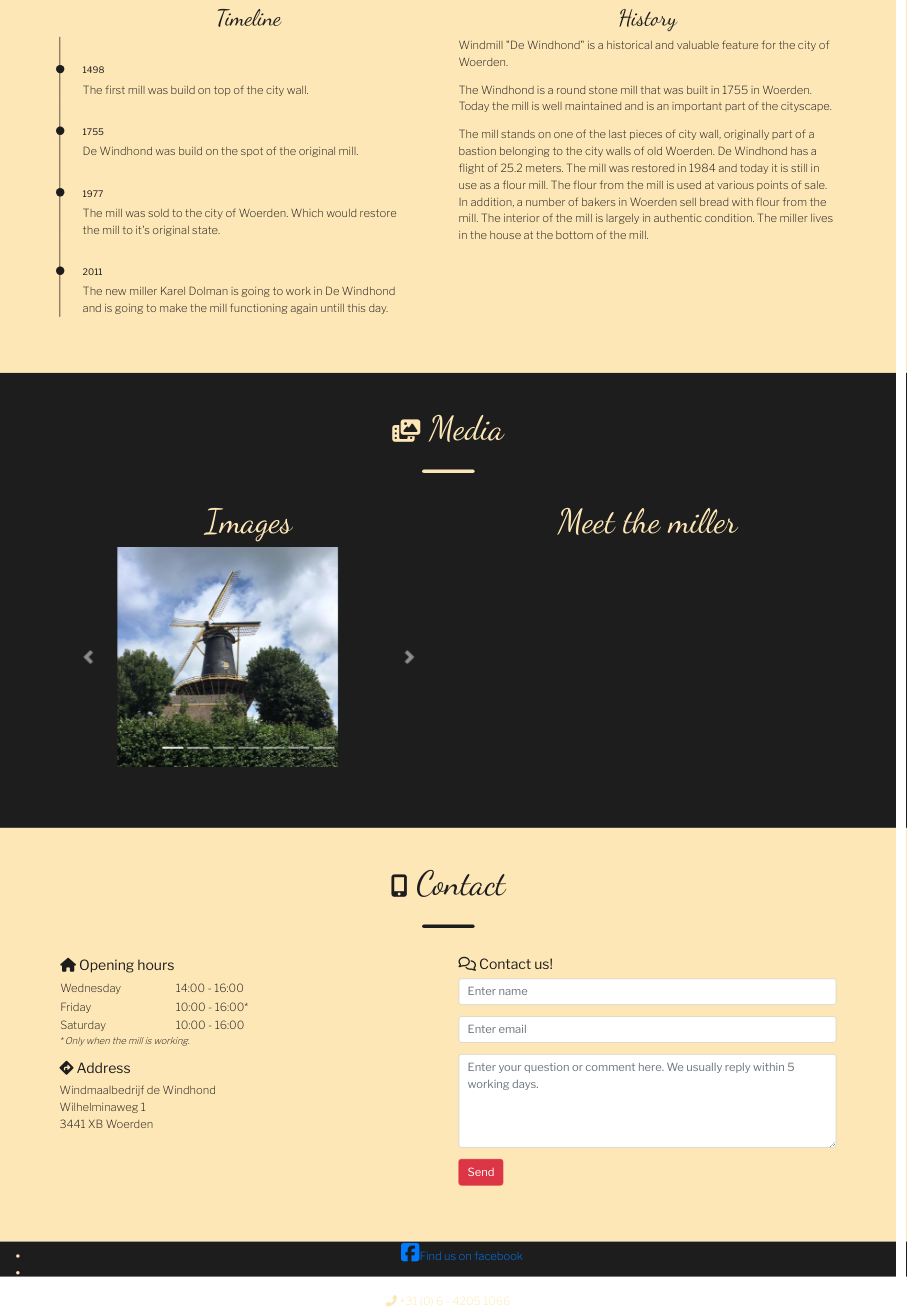
Repository: jdl208/DeWindhond
Page: index.html
The author's editor kept a record of every edit. The page is drawn from the files as they stood at one moment, then again after the next edit.
The browser window is 1280 px wide. The page is 1295 px wide, so the pictures cover 1295 px, including what lies to the right of the window. The pictures show the part of the page from y = 824 to 2704 px (the page is 2695 px tall before and 2704 px after), at 70% of full size.
Pictures or frames that could not be fetched are drawn as grey boxes. Some web libraries are served in a nearby version.

Above is the page before.

### index.html
<!DOCTYPE html>
<html lang="en">

<head>
    <meta charset="UTF-8">
    <meta name="viewport" content="width=device-width, initial-scale=1.0">
    <meta http-equiv="X-UA-Compatible" content="ie=edge">
    <title>Windmill "De Windhond"</title>
    <link rel="stylesheet" href="https://stackpath.bootstrapcdn.com/bootstrap/4.3.1/css/bootstrap.min.css" integrity="sha384-ggOyR0iXCbMQv3Xipma34MD+dH/1fQ784/j6cY/iJTQUOhcWr7x9JvoRxT2MZw1T" crossorigin="anonymous">
    <link href="https://fonts.googleapis.com/css?family=Dancing+Script:400,700&display=swap" rel="stylesheet">
    <link rel="stylesheet" href="assets/css/style.css" type="text/css" />

</head>

<body>

    <!-- Header and Navigation-->

    <header class="jumbotron" id="home">
        <nav class="navbar fixed-top navbar-expand-lg navbar-light">
            <div class="navbar-brand" href="#"></div>
            <button class="navbar-toggler" type="button" data-toggle="collapse" data-target="#navbarTogglerDemo02" aria-controls="navbarTogglerDemo02" aria-expanded="false" aria-label="Toggle navigation">
                <span class="navbar-toggler-icon"></span>
            </button>

            <div class="collapse navbar-collapse" id="navbarTogglerDemo02">
                <ul class="navbar-nav ml-auto mt-2 mt-lg-0">
                    <li class="nav-item ml-auto nav--link">
                        <a class="nav-link" href="#home"><strong>Home</strong><span class="sr-only">(current)</span></a>
                    </li>
                    <li class="nav-item ml-auto nav--link">
                        <a class="nav-link" href="#about"><strong>About</strong></a>
                    </li>
                    <li class="nav-item ml-auto nav--link">
                        <a class="nav-link" href="#media"><strong>Media</strong></a>
                    </li>
                    <li class="nav-item ml-auto nav--link">
                        <a class="nav-link" href="#contact"><strong>Contact</strong></a>
                    </li>
                </ul>
            </div>
        </nav>
        <h1 class="name">"De Windhond"</h1>
    </header>

    <!-- About -->

    <section class="light-bg sectioncontainer" id="about">
        <div class="container about">
            <h2><i class="far fa-list-alt media-icon"></i> About</h2>
            <hr class="block-divider dark-divider">

            <div class="row">
                <div class="col-md-6">
                    <h4>Timeline</h4>
                    <div class="history-items">
                        <div class="timeline-item" data-dates="1498">
                            <p>The first mill was build on top of the city wall.</p>
                        </div>
                        <div class="timeline-item" data-dates="1755">
                            <p>De Windhond was build on the spot of the original mill.</p>
                        </div>
                        <div class="timeline-item" data-dates="1977">
                            <p>The mill was sold to the city of Woerden. Which would restore the mill to it's original state.</p>
                        </div>
                        <div class="timeline-item" data-dates="2011">
                            <p>The new miller Karel Dolman is going to work in De Windhond and is going to make the mill functioning again untill this day.</p>
                        </div>
                    </div>
                </div>
                <div class="col-md-6">
                    <hr class="block-divider dark-divider d-md-none">
                    <h4>History</h4>

                    <p>Windmill "De Windhond" is a historical and valuable feature for the city of Woerden.</P>
                    <p>The Windhond is a round stone mill that was built in 1755 in Woerden. Today the mill is well maintained and is an important part of the cityscape.</p>
                    <p>The mill stands on one of the last pieces of city wall, originally part of a bastion belonging to the city walls of old Woerden. De Windhond has a flight of 25.2 meters. The mill was restored in 1984 and today it is still in use as
                        a flour mill. The flour from the mill is used at various points of sale. In addition, a number of bakers in Woerden sell bread with flour from the mill. The interior of the mill is largely in authentic condition. The miller lives
                        in the house at the bottom of the mill.
                    </p>
                </div>
            </div>
        </div>

    </section>

    <!-- Media section-->

    <section id="media" class="dark-bg mediabox">
        <div class="container sectioncontainer ">
            <H2><i class="fas fa-photo-video media-icon"></i> Media</H2>
            <hr class="block-divider yellow-divider">
            <div class="row">
                <div class="col-md-6 imagebox">
                    <h3>Images</h3>
                    <div id="carouselExampleIndicators" class="carousel slide mediacarroussel" data-ride="carousel">
                        <ol class="carousel-indicators">
                            <li data-target="#carouselExampleIndicators" data-slide-to="0" class="active"></li>
                            <li data-target="#carouselExampleIndicators" data-slide-to="1"></li>
                            <li data-target="#carouselExampleIndicators" data-slide-to="2"></li>
                            <li data-target="#carouselExampleIndicators" data-slide-to="3"></li>
                            <li data-target="#carouselExampleIndicators" data-slide-to="4"></li>
                            <li data-target="#carouselExampleIndicators" data-slide-to="5"></li>
                            <li data-target="#carouselExampleIndicators" data-slide-to="6"></li>
                        </ol>
                        <div class="carousel-inner">
                            <div class="carousel-item active">
                                <img src="assets/images/img1.jpg" class="d-block" alt="...">
                            </div>
                            <div class="carousel-item">
                                <img src="assets/images/img2.jpg" class="d-block" alt="...">
                            </div>
                            <div class="carousel-item">
                                <img src="assets/images/img3.jpg" class="d-block" alt="...">
                            </div>
                            <div class="carousel-item">
                                <img src="assets/images/img4.jpg" class="d-block" alt="...">
                            </div>
                            <div class="carousel-item">
                                <img src="assets/images/img5.jpg" class="d-block" alt="...">
                            </div>
                            <div class="carousel-item">
                                <img src="assets/images/img6.jpg" class="d-block" alt="...">
                            </div>
                            <div class="carousel-item">
                                <img src="assets/images/img7.jpg" class="d-block" alt="...">
                            </div>
                        </div>
                        <a class="carousel-control-prev" href="#carouselExampleIndicators" role="button" data-slide="prev">
                        <span class="carousel-control-prev-icon" aria-hidden="true"></span>
                        <span class="sr-only">Previous</span>
                    </a>
                        <a class="carousel-control-next" href="#carouselExampleIndicators" role="button" data-slide="next">
                        <span class="carousel-control-next-icon" aria-hidden="true"></span>
                        <span class="sr-only">Next</span>
                    </a>
                    </div>
                </div>
                <div class="col-md-6">
                    <hr class="block-divider yellow-divider d-md-none">
                    <h3>Meet the miller</h3>
                    <iframe width="100%" height="315" src="https://www.youtube.com/embed/lAjF5r5rAqM" frameborder="0" allow="accelerometer; autoplay; encrypted-media; gyroscope; picture-in-picture" allowfullscreen></iframe>
                </div>
            </div>
        </div>
    </section>

    <!-- Contact-->

    <section id="contact" class="sectioncontainer light-bg">
        <div class="container">
            <h2><i class="fas fa-mobile-alt media-icon"></i> Contact</h2>
            <hr class="block-divider dark-divider">
            <div class="row">
                <div class="col-md-6 contact_visiting">
                    <table>
                        <th>
                            <h5><i class="fas fa-home"></i> Opening hours</h5>
                        </th>
                        <tr>
                            <td>Wednesday</td>
                            <td>14:00 - 16:00</td>
                        </tr>
                        <tr>
                            <td>Friday</td>
                            <td>10:00 - 16:00*</td>
                        </tr>
                        <tr>
                            <td>Saturday</td>
                            <td>10:00 - 16:00</td>
                        </tr>

                    </table>
                    <p class="footnote_opening">* Only when the mill is working.</p>
                    <h5 class=""> </h5>
                    <h5><i class="fas fa-directions"></i> Address</h5>
                    <p>Windmaalbedrijf de Windhond<br> Wilhelminaweg 1<br> 3441 XB Woerden
                    </p>

                </div>

                <div class="col-md-6">
                    <h5><i class="far fa-comments"></i> Contact us!</h5>
                    <div class="form-group">
                        <input type="text" class="form-control" placeholder="Enter name" required>
                    </div>
                    <div class="form-group">
                        <input type="email" class="form-control" placeholder="Enter email" required>
                    </div>
                    <div class="form-group">
                        <textarea class="form-control" rows="5" Placeholder="Enter your question or comment here. We usually reply within 5 working days." required></textarea>
                    </div>
                    <button type="submit" class="btn btn-primary btn-danger">Send</button>
                    </form>
                </div>
            </div>

    </section>

    <footer class="dark-bg">
        <div class="row footer">
            <div class="col-12">
                <ul>
                    <li><a href="https://www.facebook.com/windmaalbedrijfdewindhond?pnref=story"><i class="fab fa-facebook-square"></i>Find us on facebook</a></li>
                    <li></li>
                </ul>
                <span><i class="fas fa-phone-alt"></i> +31 (0) 6 - 4205 1066</span>
            </div>
        </div>
    </footer>

    <script src="https://code.jquery.com/jquery-3.3.1.slim.min.js" integrity="sha384-q8i/X+965DzO0rT7abK41JStQIAqVgRVzpbzo5smXKp4YfRvH+8abtTE1Pi6jizo" crossorigin="anonymous"></script>
    <script src="https://cdnjs.cloudflare.com/ajax/libs/popper.js/1.14.7/umd/popper.min.js" integrity="sha384-UO2eT0CpHqdSJQ6hJty5KVphtPhzWj9WO1clHTMGa3JDZwrnQq4sF86dIHNDz0W1" crossorigin="anonymous"></script>
    <script src="https://stackpath.bootstrapcdn.com/bootstrap/4.3.1/js/bootstrap.min.js" integrity="sha384-JjSmVgyd0p3pXB1rRibZUAYoIIy6OrQ6VrjIEaFf/nJGzIxFDsf4x0xIM+B07jRM" crossorigin="anonymous"></script>
    <script src="https://kit.fontawesome.com/70761e8d6e.js"></script>

</body>

</html>

### assets/css/style.css
@import url('https://fonts.googleapis.com/css?family=Dancing+Script:400,700|Libre+Franklin:200,300,400&display=swap');

body {
    font-family: "Libre Franklin";
    font-weight: 200;
}

.sectioncontainer {
    padding-top: 50px;
    padding-bottom: 80px;
}

a,
a:hover {
    text-decoration: none;
}

/* ---------------------------------------------- Colors */

.dark-bg {
    color: #fee7b6;
    background-color: rgba(29, 29, 29, 1);
}

.light-bg {
    background-color: #fee7b6;
    color: rgb(29, 29, 29);
}

.block-divider {
    width: 75px;
    height: 5px;
    border: 0;
    border-radius: 15px;
    margin-top: 30px;
    margin-bottom: 40px;
}

.yellow-divider {
    background-color: #fee7b6;
}

.dark-divider {
    background-color: rgb(29, 29, 29);
}

.light-link {
    color: #fee7b6;
}



/* ---------------------------------------------- Headings */

h2,
h3,
h4 {
    font-family: "dancing script";
    text-align: center;
    font-size: 3rem;
}

h4 {
    font-size: 2rem;

}

.media-icon {
    font-size: 32px;
}

/* ---------------------------------------------- Header and navbar */

.navbar {
    background: none;
}

.navbar-light {
    color: rgba(29, 29, 29, 1);
}

.nav-link {
    background-color: rgba(254, 231, 182, 0.8);
    border-radius: 15px;
    width: 77px;
    margin-left: 10px;
    text-align: center;
    border: rgba(29, 29, 29, 1) 1px solid;

}

.navbar-toggler {
    background-color: rgba(254, 231, 182, 0.8);
    border: rgba(29, 29, 29, 1) 1px solid;
}

.jumbotron {
    height: 90vh;
    background: url(../images/bgjt.jpg);
    background-position: top;
    background-size: cover;
    background-repeat: no-repeat;
    margin-bottom: 0;
}

.name {
    background-color: rgba(254, 231, 182, 0.8);
    color: rgba(29, 29, 29, 0.8);
    border: rgba(29, 29, 29, 0.8) solid 2px;
    height: 100px;
    width: 400px;
    max-width: 75vw;
    padding-top: 25px;
    border-radius: 100%;
    margin: auto;
    margin-top: 10vh;
    text-align: center;
    font-family: "dancing script";
}

/* ---------------------------------------------- About */

.history-heading {
    margin-bottom: 50px;
}

.timeline-item {
    padding: 4em 2em 0em 2em;
    position: relative;
    border-left: 1px solid;
}

.timeline-item p {
    padding: 0;
    margin: 0;
}

.timeline-item:before {
    content: attr(data-dates);
    position: absolute;
    left: 2.5em;
    top: 3em;
    display: block;
    font-weight: 500;
    font-size: 0.8em;
    padding: 0;
    margin: 0;
}

.timeline-item:after {
    width: 12px;
    height: 12px;
    display: block;
    top: 2.5em;
    position: absolute;
    left: -6px;
    border-radius: 12px;
    content: '';
    background: rgb(29, 29, 29);

}

/* ---------------------------------------------- Media */

.carousel-item {
    height: 315px;
}



.carousel-item img {
    margin: auto;
    height: 100%;
}

/* ---------------------------------------------- Contact */

.footnote_opening {
    font-size: smaller;
    font-style: italic;
}

/* ---------------------------------------------- Footer */

.footer {
    height: 50px;
    text-align: center;
}

.footerlist {
    list-style-type: none;
}

.list-item-footer {
    display: inline-block;
    color: #fee7b6;
    padding-top: 8px;
    margin-left: 20px;
}

footer li i {
    font-size: 30px;
}

After the next edit:
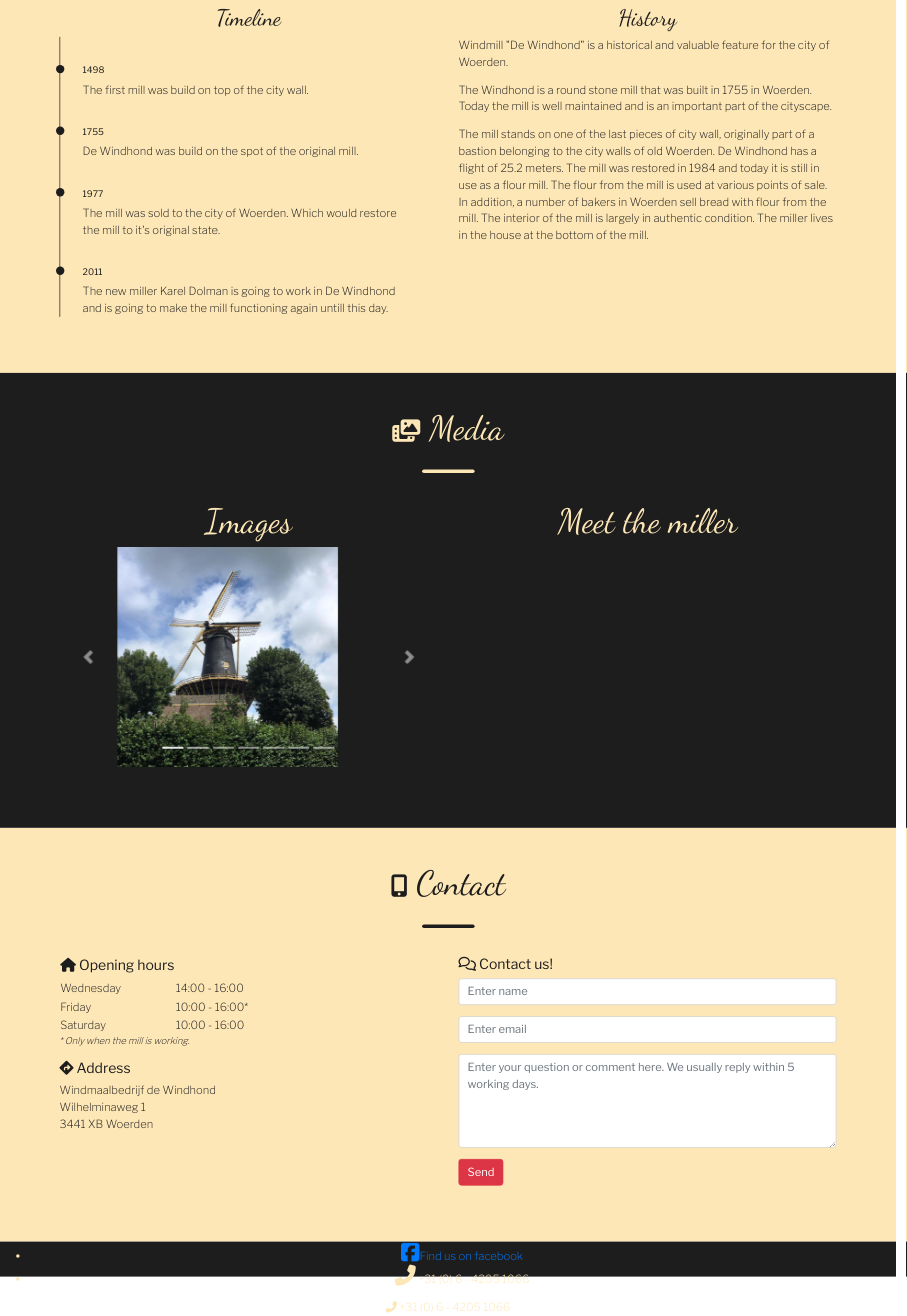
The edit:
--- a/index.html
+++ b/index.html
@@ -202,7 +202,7 @@
             <div class="col-12">
                 <ul>
                     <li><a href="https://www.facebook.com/windmaalbedrijfdewindhond?pnref=story"><i class="fab fa-facebook-square"></i>Find us on facebook</a></li>
-                    <li></li>
+                    <li><i class="fas fa-phone-alt"></i> +31 (0) 6 - 4205 1066</li>
                 </ul>
                 <span><i class="fas fa-phone-alt"></i> +31 (0) 6 - 4205 1066</span>
             </div>
